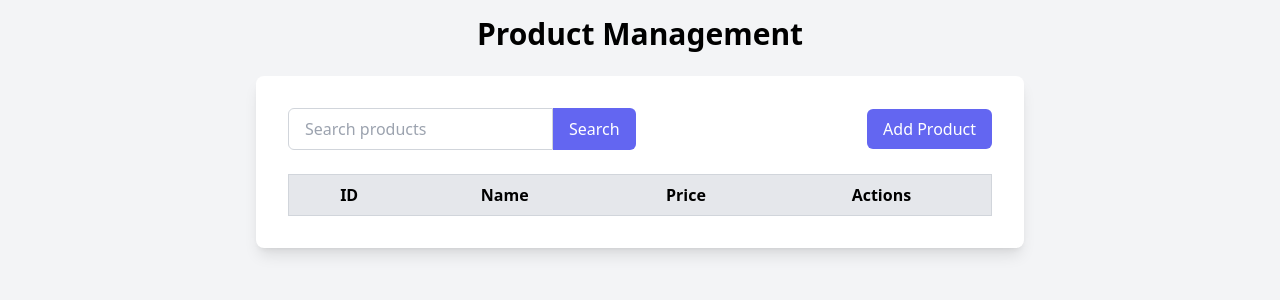
Repository: shaafsalman/product-Management-MERN
Page: /home (app in frontend/)
An editor plug-in stored every save of this project. The page is shown before and after a run of saves, followed by the edit.
The browser window is 1280 px wide. The pictures show the whole page.
The page's requests for data from a server got no answer. The project was rebuilt for these pictures with package versions that can differ from the ones it lists, and the page was loaded fresh each time. No one was signed in, and anything a server would have sent is missing. Also part of the build but not shown: frontend/vite.config.js, frontend/src/Cards/messageCard.jsx, frontend/src/Pages/Login.jsx, frontend/src/Pages/SighnUp.jsx, frontend/src/Pages/NoPage.jsx, frontend/src/Pages/AddProduct.jsx.

Above is the page before, as saved 2024-05-15 07:34:54.

After the next 2 saves:
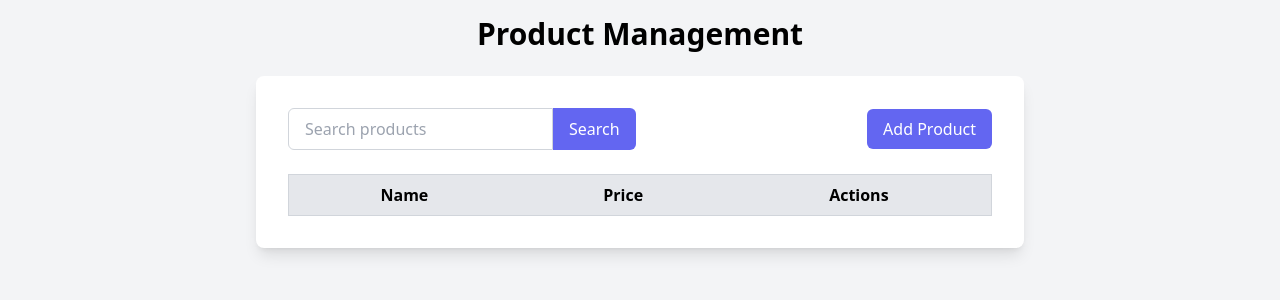
The 2 saves are shown as one change because they came seconds apart.
The last was saved 17 s later.
--- a/frontend/src/Pages/Home.jsx
+++ b/frontend/src/Pages/Home.jsx
@@ -109,7 +109,6 @@ const Home = () => {
         <table className="w-full border-collapse border border-gray-300">
           <thead>
             <tr className="bg-gray-200">
-              <th className="px-4 py-2">ID</th>
               <th className="px-4 py-2">Name</th>
               <th className="px-4 py-2">Price</th>
               <th className="px-4 py-2">Actions</th>
@@ -118,7 +117,7 @@ const Home = () => {
           <tbody>
   {searchResults.map((product, index) => (
     <tr key={index}>
-      <td className="px-4 py-2">{product._id}</td>
+      {/* <td className="px-4 py-2">{product._id}</td> */}
       <td className="px-4 py-2">{product.name}</td>
       <td className="px-4 py-2">{product.price}</td>
       <td className="px-4 py-2">
